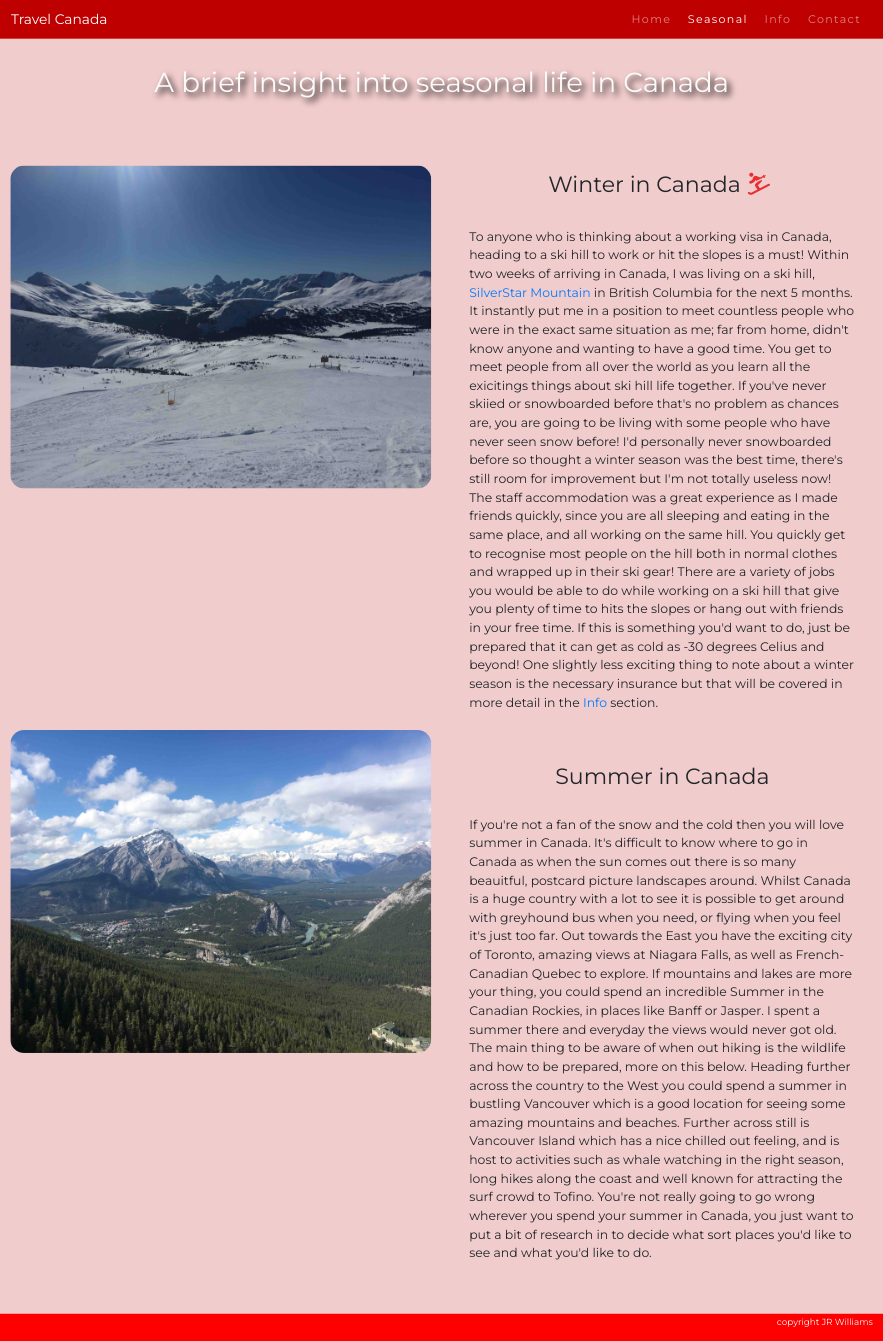
Repository: JonWil91/Travel-Canada
Page: seasonal.html
The author's editor kept a record of every edit. The page is drawn from the files as they stood at one moment, then again after the next edit.
The browser window is 1280 px wide. The pictures show the whole page, at 69% of full size.
Some web libraries are served in a nearby version.

Above is the page before.

### seasonal.html
<!DOCTYPE html>
<html lang="en">

<head>
    <meta charset="UTF-8">
    <meta name="viewport" content="width=device-width, initial-scale=1.0">
    <meta http-equiv="X-UA-Compatible" content="ie=edge">
    <title>Canada</title>
    <link rel="stylesheet" href="https://stackpath.bootstrapcdn.com/bootstrap/4.3.1/css/bootstrap.min.css" integrity="sha384-ggOyR0iXCbMQv3Xipma34MD+dH/1fQ784/j6cY/iJTQUOhcWr7x9JvoRxT2MZw1T" crossorigin="anonymous">
    <link href="https://fonts.googleapis.com/css?family=Montserrat:200,400,500i&display=swap" rel="stylesheet">
    <link rel="stylesheet" href="https://use.fontawesome.com/releases/v5.6.1/css/all.css" integrity="sha384-gfdkjb5BdAXd+lj+gudLWI+BXq4IuLW5IT+brZEZsLFm++aCMlF1V92rMkPaX4PP" crossorigin="anonymous">
    <link rel="stylesheet" href="css/style.css" type="text/css" />


    <body>

        <!-- navbar -->

        <div class="container-fluid navalert-container">
            <nav class="navbar navbar-dark navbar-expand-sm navbar-fixed-top">
                <a href="index.html" class="navbar-brand">Travel Canada</a>
                <button class="navbar-toggler ml-auto" type="button" data-toggle="collapse" data-target="#navbarNavDropdown" aria-controls="navbarNavDropdown" aria-expanded="false" aria-label="Toggle
        navigation">
            <span class="navbar-toggler-icon"></span>
        </button>
                <div class="collapse navbar-collapse" id="navbarNavDropdown">
                    <ul class="navbar-nav ml-auto">
                        <li class="nav-item mr-2"><a class="nav-link" href="index.html">Home</a></li>
                        <li class="active nav-item mr-2"><a class="nav-link" href="seasonal.html">Seasonal</a></li>
                        <li class="nav-item mr-2"><a class="nav-link" href="info.html">Info</a></li>
                        <li class="nav-item mr-2"><a class="nav-link" href="contact.html">Contact</a></li>

                    </ul>
                </div>
            </nav>
        </div>

        <!-- /navbar -->


        <!-- seasons -->

        <div class="container title-container my-5 text-center">
            <div class="row">
                <div class="col-12">
                    <h1 class="jumbotron-header my-5">A brief insight into seasonal life in Canada</h1>
                </div>
            </div>
        </div>

        <div class="container-fluid">
            <div class="row">
                <div class="col-lg-6">
                    <img src="images/canada-winter.jpg" class="img-fluid">
                </div>
                <div class="col-lg-6">
                    <div class="accordion d-sm-none" id="accordionExample">
                        <div class="card">
                            <div class="card-header" id="headingOne">
                                <h2 class="mb-0">
                                    <button class="btn btn-link" type="button" data-toggle="collapse" data-target="#collapseOne" aria-expanded="true" aria-controls="collapseOne">
          Winter in Canada
        </button>
                                </h2>
                            </div>

                            <div id="collapseOne" class="collapse show" aria-labelledby="headingOne" data-parent="#accordionExample">
                                <div class="card-body">
                                    To anyone who is thinking about a working visa in Canada, heading to a ski hill to work or hit the slopes is a must! Within two weeks of arriving in Canada, I was living on a ski hill, <a href="https://www.skisilverstar.com/"
                                        target="_blank">SilverStar Mountain</a> in British Columbia for the next 5 months. It instantly put me in a position to meet countless people who were in the exact same situation as me; far from home, didn't know anyone
                                    and wanting to have a good time. You get to meet people from all over the world as you learn all the exicitings things about ski hill life together. If you've never skiied or snowboarded before that's no problem as
                                    chances are, you are going to be living with some people who have never seen snow before! I'd personally never snowboarded before so thought a winter season was the best time, there's still room for improvement but
                                    I'm not totally useless now! The staff accommodation was a great experience as I made friends quickly, since you are all sleeping and eating in the same place, and all working on the same hill. You quickly get to recognise
                                    most people on the hill both in normal clothes and wrapped up in their ski gear! There are a variety of jobs you would be able to do while working on a ski hill that give you plenty of time to hits the slopes or hang
                                    out with friends in your free time. If this is something you'd want to do, just be prepared that it can get as cold as -30 degrees Celius and beyond! One slightly less exciting thing to note about a winter season is
                                    the necessary insurance but that will be covered in more detail in the <a href="info.html">Info</a> section.
                                </div>
                            </div>
                        </div>
                    </div>

                    <div class="container-fluid d-none d-md-block">
                        <div class="row">
                            <div class="col-lg-12">
                                <h2 class="text-center season-title align-text-top"> Winter in Canada<i class="fas fa-skiing icon fa-flip-horizontal"></i></h2>
                                <p class="season-section">To anyone who is thinking about a working visa in Canada, heading to a ski hill to work or hit the slopes is a must! Within two weeks of arriving in Canada, I was living on a ski hill, <a href="https://www.skisilverstar.com/"
                                        target="_blank">SilverStar Mountain</a> in British Columbia for the next 5 months. It instantly put me in a position to meet countless people who were in the exact same situation as me; far from home, didn't know anyone
                                    and wanting to have a good time. You get to meet people from all over the world as you learn all the exicitings things about ski hill life together. If you've never skiied or snowboarded before that's no problem as
                                    chances are, you are going to be living with some people who have never seen snow before! I'd personally never snowboarded before so thought a winter season was the best time, there's still room for improvement but
                                    I'm not totally useless now! The staff accommodation was a great experience as I made friends quickly, since you are all sleeping and eating in the same place, and all working on the same hill. You quickly get to recognise
                                    most people on the hill both in normal clothes and wrapped up in their ski gear! There are a variety of jobs you would be able to do while working on a ski hill that give you plenty of time to hits the slopes or hang
                                    out with friends in your free time. If this is something you'd want to do, just be prepared that it can get as cold as -30 degrees Celius and beyond! One slightly less exciting thing to note about a winter season is
                                    the necessary insurance but that will be covered in more detail in the <a href="info.html">Info</a> section.
                                </p>
                            </div>
                        </div>
                    </div>



                </div>
            </div>
        </div>


        <div class="container-fluid">
            <div class="row">
                <div class="col-lg-6">
                    <img src="images/canada-summer.jpg" class="img-fluid">
                </div>
                <div class="col-lg-6 my-5">
                    <div class="accordion d-sm-none" id="accordionExample">
                        <div class="card">
                            <div class="card-header" id="headingTwo">
                                <h2 class="mb-0">
                                    <button class="btn btn-link collapsed" type="button" data-toggle="collapse" data-target="#collapseTwo" aria-expanded="false" aria-controls="collapseTwo">
          Summer in Canada
        </button>
                                </h2>
                            </div>
                            <div id="collapseTwo" class="collapse" aria-labelledby="headingTwo" data-parent="#accordionExample">
                                <div class="card-body">
                                    If you're not a fan of the snow and the cold then you will love summer in Canada. It's difficult to know where to go in Canada as when the sun comes out there is so many beauitful, postcard picture landscapes around. Whilst Canada is a huge country with
                                    a lot to see it is possible to get around with greyhound bus when you need, or flying when you feel it's just too far. Out towards the East you have the exciting city of Toronto, amazing views at Niagara Falls, as well
                                    as French-Canadian Quebec to explore. If mountains and lakes are more your thing, you could spend an incredible Summer in the Canadian Rockies, in places like Banff or Jasper. I spent a summer there and everyday the
                                    views would never got old. The main thing to be aware of when out hiking is the wildlife and how to be prepared, more on this below. Heading further across the country to the West you could spend a summer in bustling
                                    Vancouver which is a good location for seeing some amazing mountains and beaches. Further across still is Vancouver Island which has a nice chilled out feeling, and is host to activities such as whale watching in the
                                    right season, long hikes along the coast and well known for attracting the surf crowd to Tofino. You're not really going to go wrong wherever you spend your summer in Canada, you just want to put a bit of research in
                                    to decide what sort places you'd like to see and what you'd like to do.
                                </div>
                            </div>
                        </div>
                    </div>

                    <div class="container-fluid d-none d-md-block">
                        <div class="row d-none d-md-block">
                            <div class="col-lg-12">
                                <h2 class="text-center season-title">Summer in Canada</h2>
                                <p class="season-section">If you're not a fan of the snow and the cold then you will love summer in Canada. It's difficult to know where to go in Canada as when the sun comes out there is so many beauitful, postcard picture landscapes around. Whilst
                                    Canada is a huge country with a lot to see it is possible to get around with greyhound bus when you need, or flying when you feel it's just too far. Out towards the East you have the exciting city of Toronto, amazing
                                    views at Niagara Falls, as well as French-Canadian Quebec to explore. If mountains and lakes are more your thing, you could spend an incredible Summer in the Canadian Rockies, in places like Banff or Jasper. I spent
                                    a summer there and everyday the views would never got old. The main thing to be aware of when out hiking is the wildlife and how to be prepared, more on this below. Heading further across the country to the West you
                                    could spend a summer in bustling Vancouver which is a good location for seeing some amazing mountains and beaches. Further across still is Vancouver Island which has a nice chilled out feeling, and is host to activities
                                    such as whale watching in the right season, long hikes along the coast and well known for attracting the surf crowd to Tofino. You're not really going to go wrong wherever you spend your summer in Canada, you just want
                                    to put a bit of research in to decide what sort places you'd like to see and what you'd like to do.
                                </p>
                            </div>
                        </div>
                    </div>


                </div>
            </div>
        </div>


        <!-- /seasons -->

        <!-- footer -->

        <div class="container-fluid footer">
            <div class="row">
                <div class="col-12">
                    <p class="ml-auto"><small>copyright JR Williams</small></p>

                </div>
            </div>
        </div>


        <!-- /footer -->


        <script src="https://code.jquery.com/jquery-3.3.1.slim.min.js" integrity="sha384-q8i/X+965DzO0rT7abK41JStQIAqVgRVzpbzo5smXKp4YfRvH+8abtTE1Pi6jizo" crossorigin="anonymous"></script>
        <script src="https://cdnjs.cloudflare.com/ajax/libs/popper.js/1.14.7/umd/popper.min.js" integrity="sha384-UO2eT0CpHqdSJQ6hJty5KVphtPhzWj9WO1clHTMGa3JDZwrnQq4sF86dIHNDz0W1" crossorigin="anonymous"></script>
        <script src="https://stackpath.bootstrapcdn.com/bootstrap/4.3.1/js/bootstrap.min.js" integrity="sha384-JjSmVgyd0p3pXB1rRibZUAYoIIy6OrQ6VrjIEaFf/nJGzIxFDsf4x0xIM+B07jRM" crossorigin="anonymous"></script>


    </body>

### css/style.css
body {
    font-family: 'Montserrat', sans-serif;
    background-color: #f1cccc;
}

/* landing page */

.callout-container {
    height: 100vh;
    background: url("../images/canada-landing-page.jpg") no-repeat bottom right fixed;
    -webkit-background-size: cover;
    -moz-background-size: cover;
    -o-background-size: cover;
    background-size: cover;

    display: flex;
    justify-content: center;
    position: relative;
}

.jumbotron {
    background-color: transparent;
    margin-top: 30px;
    color: #fafafa;
}

.jumbotron-header {
    font-size: 40px;
    color: #fafafa;
    text-shadow: 5px 5px 10px black;
}

.lead {
    margin-top: 30px;
    color: #de5858;
    font-family: 'Roboto', sans-serif;
    font-weight: 600;
    font-size: 25px;
    text-shadow: 5px 5px 10px #fafafa;


}

.about-me {
    color: #fafafa;
    text-shadow: 5px 5px 10px black;
}

.about-me-text {
    color: black;
}


/* /landing page */

/* Navbar */

.navalert-container {
    position: absolute;
    top: 0;
    left: 0;
    padding-left: 0;
    padding-right: 0;
    z-index: 1;
    background-color: #ff0000;
}

.navbar {
    margin-bottom: 0;
    border: 0;
    width: 100%;
    background-color: rgba(0, 0, 0, 0.25);
}

.navbar-toggler {
    border: none;
    background-color: transparent;
}

.navbar-brand {
    font-weight: 500;
}

.navbar-nav {
    letter-spacing: 2px;
}

.jumbotron-header {
    font-weight: 500;
}

/* /navbar */

/* seasonal */

.title-container {
    display: flex;
    justify-content: center;
    position: relative;
}

.container-subheading {
    display: flex;
    justify-content: center;
    position: relative;
}

.img-fluid {
    width: 100vh;
    height: 65vh;
    border-radius: 20px;
}

.flag-picture {
    width: 90vh;
    height: 65vh;
    border-radius: 20px;
    margin-top: 90px
}


.icon {
    color: #e82e2e;
    padding: 10px;
    transition: all 0.3s ease 0s;
}

.icon:hover {
    color: #f59e42;
}

.season-title {
    padding: 0 0 20px 0;

}

.season-section {
    font-size: 18px;
    padding: 10px;
}

.card-header{
    justify-content: center;
}

button {
   text-decoration: none;

}





/* /seasonal */

/* Footer */

.footer {
    background-color: #ff0000;
    color: #fafafa;
    float: right;
}

.ml-auto {
    float: right;
}

/* /footer */

.title {
    color: #fafafa;
}

.timeline-item {
    padding: 4em 2em 0em 2em;
    position: relative;
    color: red;
    border-left: 1px solid;
}

.timeline-item p {
    padding: 0;
    margin: 0;
}

.timeline-item:before {
    content: attr(data-dates);
    position: absolute;
    left: 2.5em;
    top: 3em;
    display: block;
    font-family: "Exo", sans-serif;
    font-weight: 500;
    font-size: 0.8em;
    padding: 0;
    margin: 0;
}

.timeline-item:after {
    width: 12px;
    height: 12px;
    display: block;
    top: 2.4em;
    position: absolute;
    left: -6px;
    border-radius: 12px;
    content: '';
    background-color: #fafafa;
}

.history-items {
    margin-bottom: 30px;
}

.extra-info {
    color: red;
}

.card,
.card-reader {
    background-color: transparent;
    border: none !important;
    padding: 0;
    margin-bottom: 20px;
}


/* Contact */

.contact-box {


}



/* /Contact */

After the next edit:
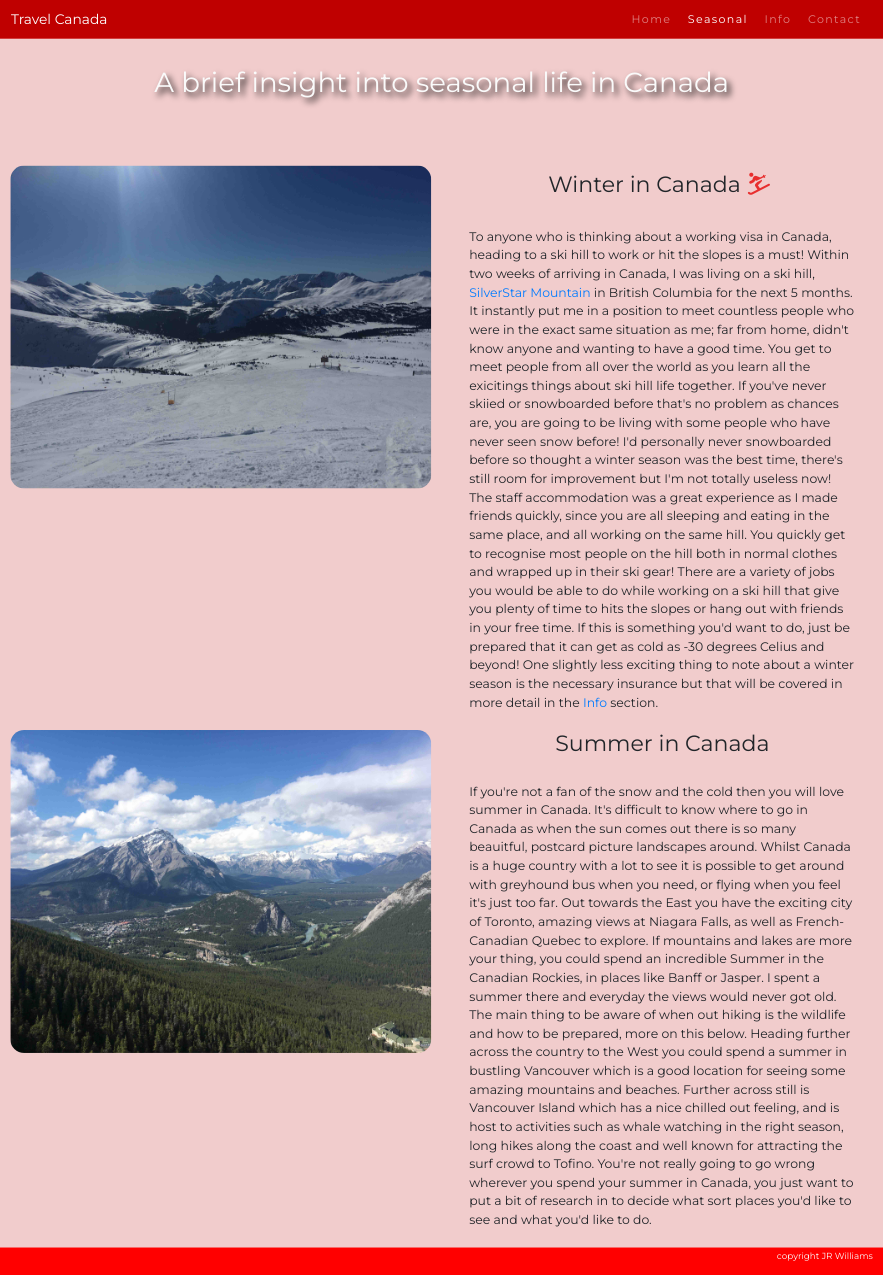
The edit:
--- a/seasonal.html
+++ b/seasonal.html
@@ -108,7 +108,7 @@
                 <div class="col-lg-6">
                     <img src="images/canada-summer.jpg" class="img-fluid">
                 </div>
-                <div class="col-lg-6 my-5">
+                <div class="col-lg-6">
                     <div class="accordion d-sm-none" id="accordionExample">
                         <div class="card">
                             <div class="card-header" id="headingTwo">
